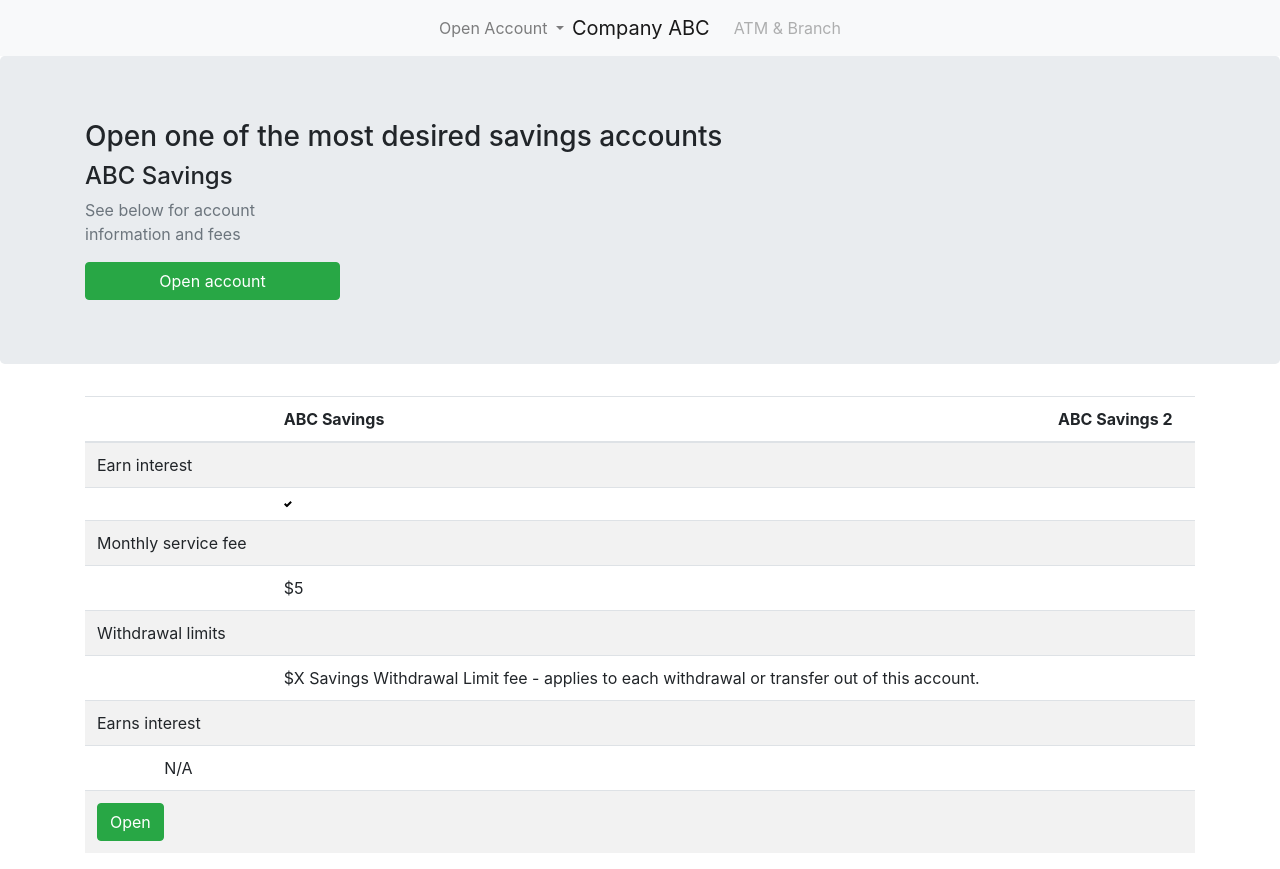
Repository: barriosan95/banking-opening-account-demo
Page: http://localhost/savings
The author's editor kept a record of every edit. The page is drawn from the files as they stood at one moment, then again after the next edit.
The browser window is 1280 px wide. The pictures show the whole page.
Some web fonts or font styles are not loaded; a fallback is used. Some web libraries are served in a nearby version. The page is served by the project's Node server (index.js).

Above is the page before.

After the next edit:
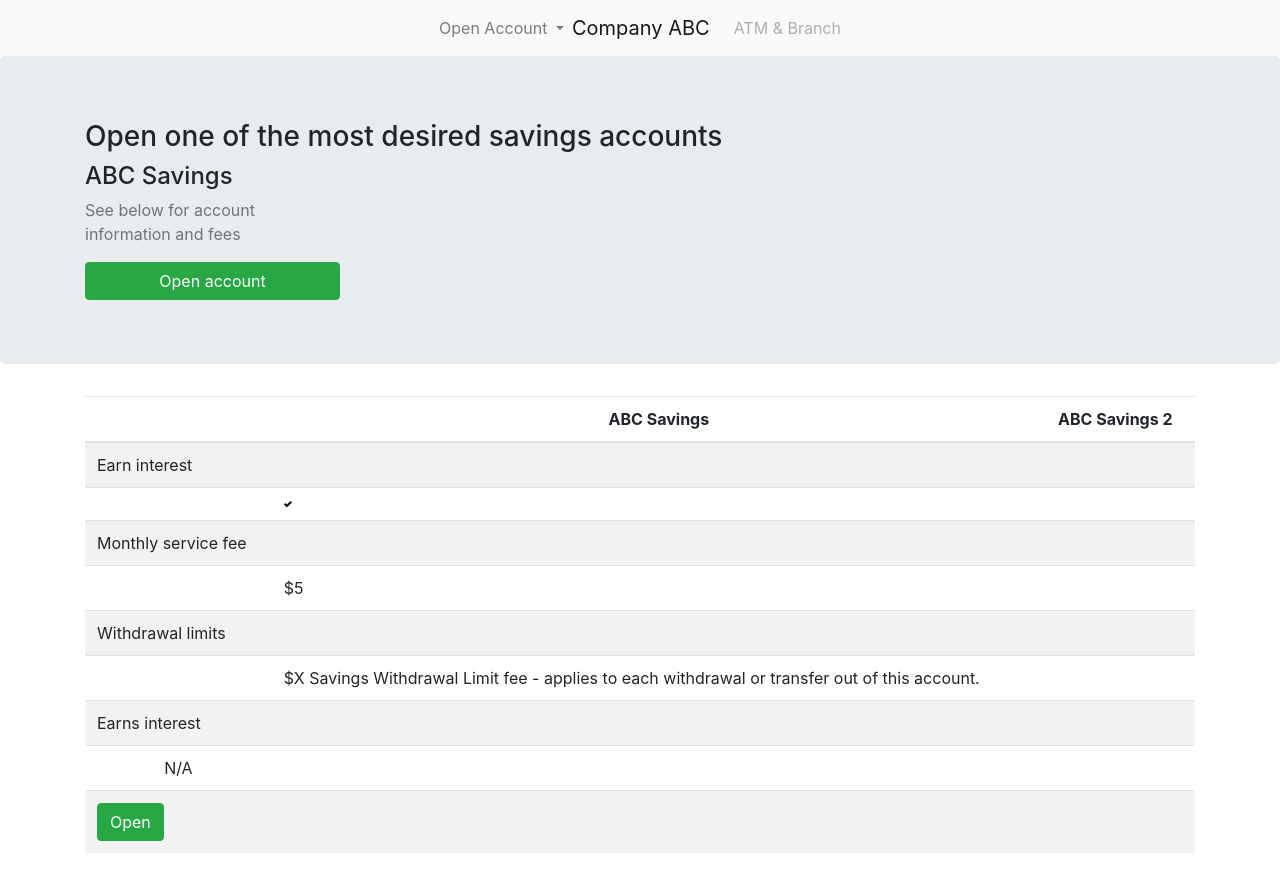
The edit:
--- a/views/savings.ejs
+++ b/views/savings.ejs
@@ -18,7 +18,7 @@
         <thead>
             <tr>
               <th scope="col"></th>
-              <th scope="col">ABC Savings</th>
+              <th class ="text-center" scope="col">ABC Savings</th>
               <th scope="col">ABC Savings 2</th>
             </tr>
         </thead>
